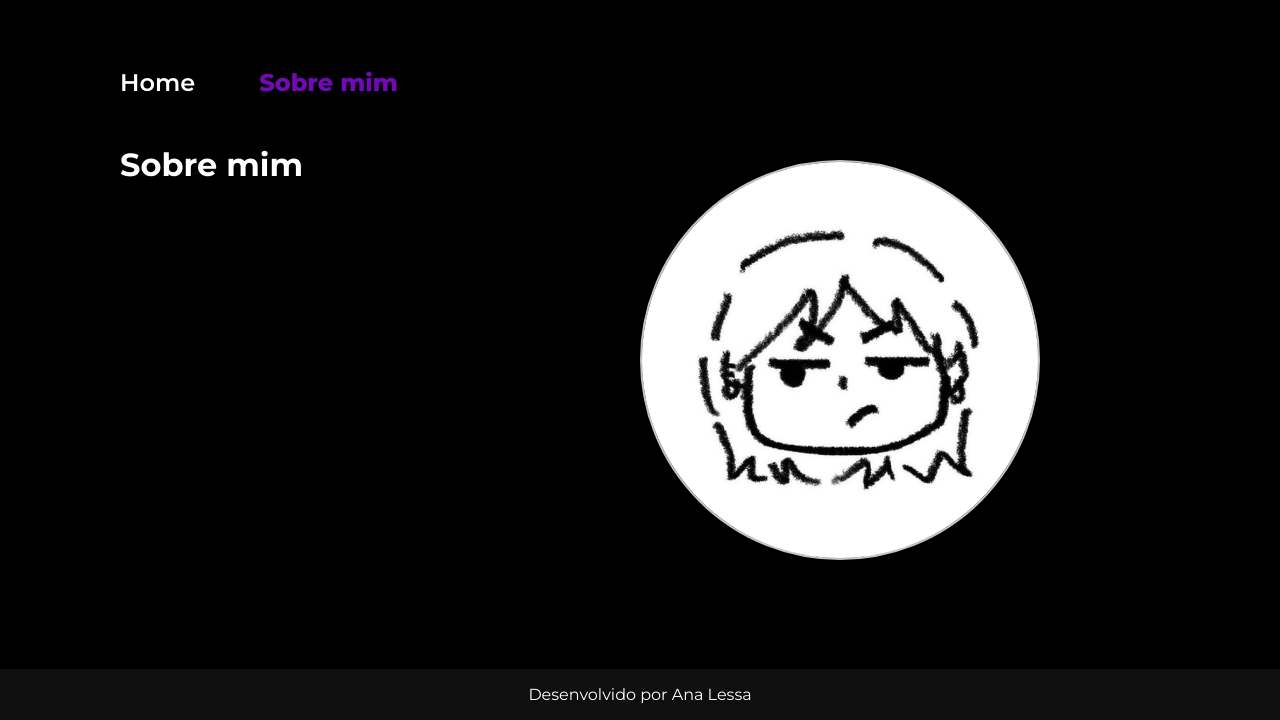
Repository: analessp/portfolio-developer
Page: about-me.html
An editor plug-in stored every save of this project. The page is shown before and after a run of saves, followed by the edit.
The browser window is 1280 px wide. The pictures show the whole page.

Above is the page before, as saved 2025-04-24 11:54:21.

### about-me.html
<!DOCTYPE html>
<html lang="pt-BR">
<head>
    <meta charset="UTF-8">
    <meta name="viewport" content="width=device-width, initial-scale=1.0">
    <title>Sobre mim</title>
    <link rel="stylesheet" href="/style/style.css"
</head>
<body>
    <header>
        <nav>
            <ul class="navbar-list">
                <li>
                    <a href="index.html" class="page">Home</a>
                </li>
                <li>
                    <a href="about-me.html" class="page active">Sobre mim</a>
                </li>
            </ul>
        </nav>
    </header>
    <main>
        <div class="about-me">
            <h1>Sobre mim</h1>
            <p></p>
        </div>
        <img src="/assets/avatar.jfif" alt="Avatar de Ana Lessa" class="logo">
    </main>
    <footer>Desenvolvido por Ana Lessa</footer>
</body>
</html>

### style/style.css
@import url('https://fonts.googleapis.com/css2?family=Montserrat:ital,wght@0,100..900;1,100..900&display=swap');
@import url(/style/about-me.css);

* {
    margin: 0;
    padding: 0;
    box-sizing: border-box;
    font-family: "Montserrat", sans-serif;
}

html, body {
    height: 100%;
    margin: 0;
}

body {
    height: 100vh;
    width: 100%;
    background-color: black;
    color: white;
    display: flex;
    flex-direction: column;
    justify-content: space-between;
}

.navbar-list {
    padding-left: 120px;
    padding-top: 68px;
    display: flex;
    gap: 4rem;
    list-style-type: none;
    color: #7209b7;
    font-weight: 700;
    font-size: 1.5rem;
    margin-bottom: 3rem;
}

.page {
    text-decoration: none;
    color: white;
    font-weight: 600;
}

.active {
    font-weight: 800;
    color: #7209b7;
}

main {
    padding-left: 120px;
    display: flex;
    gap: 10rem;
    align-items: center;
}

.introduce {
    display: flex;
    flex-direction: column;
    gap: 1.5rem;
    width: 40%;
}

.introduce p {
    text-align: justify;
}

.title {
    text-align: center;
}

.title h1 {
    font-size: 3rem;
}

.title h2 {
    font-size: 1.5rem;
    color: #7209b7;
}

.social-links {
    list-style-type: none;
    display: flex;
    flex-direction: column;
    gap: 1.5rem;
    align-items: center;
}

.social-links li {
    border: 2px solid #c3c3c3;
    background-color: rgba(128, 128, 128, 0.454);
    padding: 1rem 0 1rem 0;
    width: 70%;
    text-align: center;
    border-radius: 12px;

&:hover {
    border: 2px solid rgba(128, 128, 128, 0.454);
    background-color: #7209b7;
    transition-duration: 400ms;
    transform: scale(1.1);
  }
}

.social-links a {
    text-decoration: none;
    color: white;
    font-weight: bold;
}

.logo {
    width: 25rem;
    border-radius: 50%;
    border: 2px solid #c3c3c3;
    height: fit-content;
    position: fixed;
    right: 15rem;
    top: 10rem;
}

footer {
    margin-top: auto;
    padding: 1rem 0 1rem 0;
    background-color: rgb(15, 15, 16);
    display: flex;
    flex-direction: column;
    align-items: center;
    gap: 1rem;
    flex-shrink: 0;
}

footer ul {
    display: flex;
    gap: 2rem;
    list-style: none;
    margin-bottom: 1rem;
}

footer a {
    text-decoration: none;
    color: white;
    font-weight: 600;
}

@media only screen and (max-width: 768px) {

    body {
        justify-content: center;
    }

    .navbar-list {
        justify-content: center;
        padding-left: 0;
        padding-top: 40px;
        margin-bottom: 0;
    }

    main {
        height: 100vh;
        margin-top: 0;
        flex-direction: column-reverse;
        padding-left: 0;
        gap: 1rem;
    }

    .introduce {
        justify-content: flex-end;
        width: 80%;
        margin-bottom: 8rem;
    }

    .logo {
        top: 6.5rem;
        width: 18rem;
    }

}

@media only screen and (max-width: 426px) {
    .logo {
        right: 16%;
    }

    .introduce {
        margin-bottom: 3rem;
    }

    .title h1 {
        font-size: 2.5rem;
        margin-bottom: 0.5rem;
    }
}

### style/about-me.css
.about

After the next 9 saves:
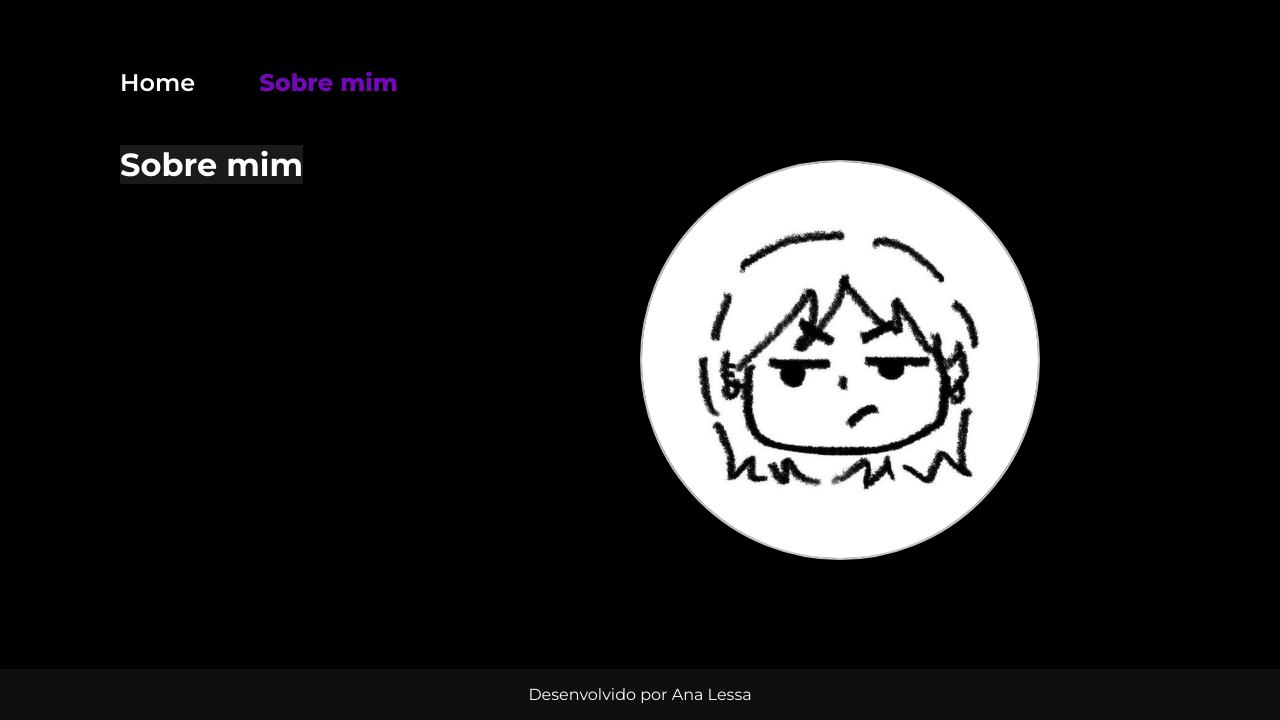
The 9 saves are shown as one change because they came seconds apart.
The last was saved 23 s later.
--- a/style/about-me.css
+++ b/style/about-me.css
@@ -1 +1,3 @@
-.about
+.about-me {
+    background-color: rgba(255, 255, 255, 0.1);
+}
